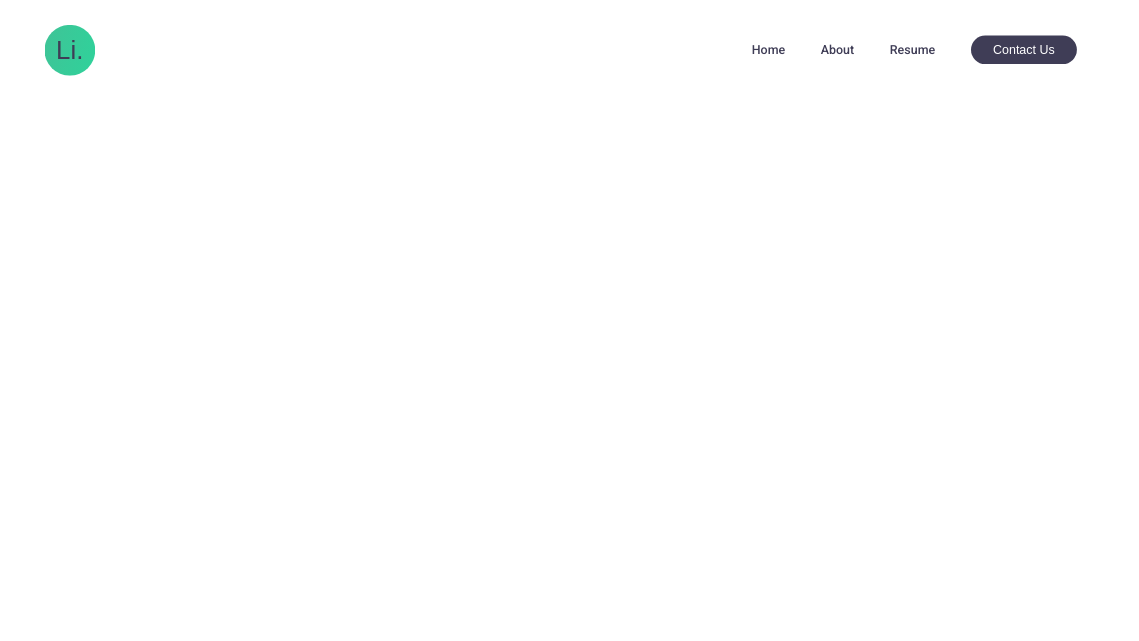
Repository: kebinh1235/porfolio-demo
Page: index.html
An editor plug-in stored every save of this project. The page is shown before and after the next save, followed by the edit.
The browser window is 1280 px wide. The pictures show the whole page, at 89% of full size.
Some web libraries are served in a nearby version.

Above is the page before, as saved 2021-10-20 15:27:32.

After the next save:
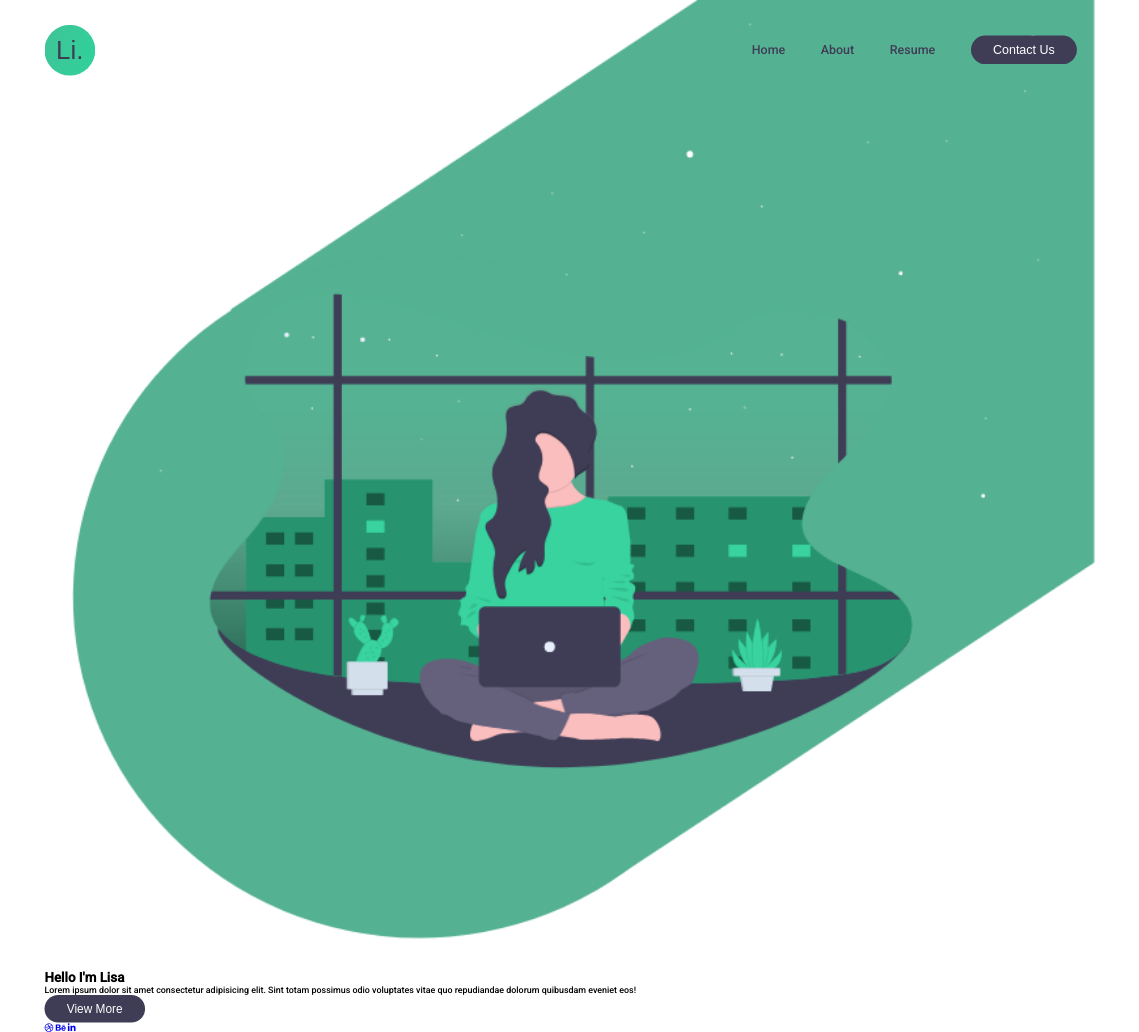
Saved 3 min 7 s later.
--- a/index.html
+++ b/index.html
@@ -34,7 +34,23 @@
   </header>
   <!-- banner -->
   <section id="banner">
-
+    <div class="container">
+      <!-- img -->
+      <div class="banner__img">
+        <img src="./img/banner-img.png" alt="Of Women">
+      </div>
+      <!-- heading -->
+      <div class="banner__heading">
+        <h1>Hello I'm Lisa</h1>
+        <p>Lorem ipsum dolor sit amet consectetur adipisicing elit. Sint totam possimus odio voluptates vitae quo repudiandae dolorum quibusdam eveniet eos!</p>
+        <a href="#"><button class="btn banner__btn">View More</button></a>
+        <div class="banner__social">
+          <a href="#"><i class="fab fa-dribbble"></i></a>
+          <a href="#"><i class="fab fa-behance"></i></a>
+          <a href="#"><i class="fab fa-linkedin-in"></i></a>
+        </div>
+      </div>
+    </div>
   </section>
 
   <!--Font awesome-->
